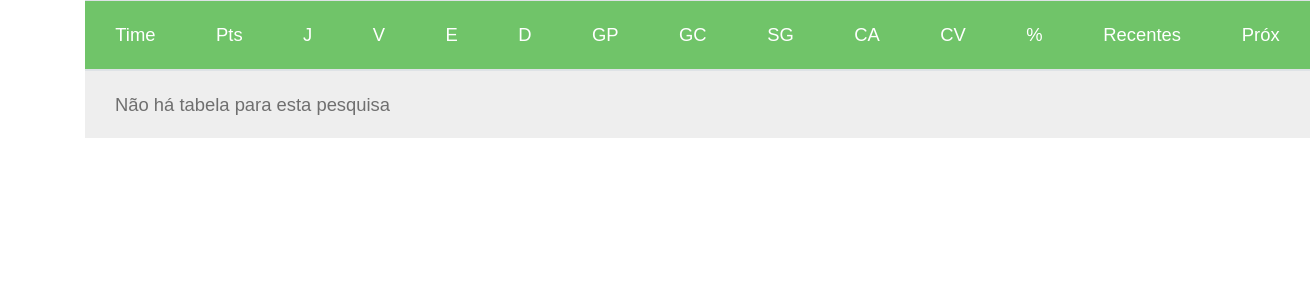
Repository: danielvieira7/campeonato-brasileiro-embed
Page: index.html
These files come from the project's save history. The page is drawn as it stood at one moment and after the next save; the edit follows.
The browser window is 1280 px wide. The page is 1310 px wide, then 1289 px, then 1310 px, so the pictures cover 1310 px, including what lies to the right of the window. The pictures show the whole page.
The page's requests for data from a server got no answer. Some web libraries are served in a nearby version.

Above is the page before, as saved 2021-02-12 00:26:35.

### index.html
<!doctype html>
<html lang="en">
<head>
    <title>Tabela do Campeonato Brasileiro</title>
    <!-- Required meta tags -->
    <meta charset="utf-8">
    <meta name="viewport" content="width=device-width, initial-scale=1, shrink-to-fit=no">

    <!-- Bootstrap CSS -->
    <link rel="stylesheet" href="https://stackpath.bootstrapcdn.com/bootstrap/4.3.1/css/bootstrap.min.css" integrity="sha384-ggOyR0iXCbMQv3Xipma34MD+dH/1fQ784/j6cY/iJTQUOhcWr7x9JvoRxT2MZw1T" crossorigin="anonymous">
    <!-- <link rel="stylesheet" href="//cdn.datatables.net/1.10.23/css/jquery.dataTables.min.css"> -->
    <link rel="stylesheet" href="style-light-green.css">
</head>
<body>

    <div class="container">
        <table class="table" id="tabela-campeonato-brasileiro">
            <thead>
                <tr>
                    <th>Time</th>
                    <th>Pts</th>
                    <th>J</th>
                    <th>V</th>
                    <th>E</th>
                    <th>D</th>
                    <th>GP</th>
                    <th>GC</th>
                    <th>SG</th>
                    <th>CA</th>
                    <th>CV</th>
                    <th>%</th>
                    <th>Recentes</th>
                    <th>Próx</th>
                </tr>
            </thead>
            <tbody>
                <tr>
                    <td scope="row"></td>
                    <td></td>
                    <td></td>
                    <td></td>
                    <td></td>
                    <td></td>
                    <td></td>
                    <td></td>
                    <td></td>
                    <td></td>
                    <td></td>
                    <td></td>
                    <td></td>
                    <td></td>
                </tr>
            </tbody>
        </table>
    </div>

    <!-- Optional JavaScript -->
    <!-- jQuery first, then Popper.js, then Bootstrap JS -->
    <script src='https://cdnjs.cloudflare.com/ajax/libs/jquery/3.5.1/jquery.min.js' integrity='sha512-bLT0Qm9VnAYZDflyKcBaQ2gg0hSYNQrJ8RilYldYQ1FxQYoCLtUjuuRuZo+fjqhx/qtq/1itJ0C2ejDxltZVFg==' crossorigin='anonymous'></script>

    <script src="https://cdnjs.cloudflare.com/ajax/libs/popper.js/1.14.7/umd/popper.min.js" integrity="sha384-UO2eT0CpHqdSJQ6hJty5KVphtPhzWj9WO1clHTMGa3JDZwrnQq4sF86dIHNDz0W1" crossorigin="anonymous"></script>
    <script src="https://stackpath.bootstrapcdn.com/bootstrap/4.3.1/js/bootstrap.min.js" integrity="sha384-JjSmVgyd0p3pXB1rRibZUAYoIIy6OrQ6VrjIEaFf/nJGzIxFDsf4x0xIM+B07jRM" crossorigin="anonymous"></script>
    <script src="//cdn.datatables.net/1.10.23/js/jquery.dataTables.min.js"></script>
    <script src="app.js"></script>
</body>
</html>

### style-light-green.css
/* CSS by: https://codepen.io/njessen/pen/naLCv */
.table {
    font-family: sans-serif;
    -webkit-font-smoothing: antialiased;
    font-size: 115%;
}
.table th {
    background-color: #70c469;
    color: white;
    font-weight: normal;
    padding: 20px 30px;
    text-align: center;
}
.table td {
    background-color: #eeeeee;
    color: #6f6f6f;
    padding: 20px 30px;
}

### app.js
var tabelaCampeonatoBrasileiro

$(function () {


    var options = {
        "searching": false,
        "paging": false,
        "info": false,
        "ajax": "https://danielvieira7.github.io/campeonato-brasileiro-json-api/campeonato-brasileiro.json",
        // "ajax": "json.json",
        "dom": '<"top"if>rt<"bottom"><"clear">',
        "language": { "emptyTable": "Não há tabela para esta pesquisa",
            "sInfo": "Exibindo um total de _TOTAL_ times.",
            "sInfoEmpty": "",
            "search": "Pesquisar: ",
            "infoFiltered": "",
            "sZeroRecords": "Não há tabela para esta pesquisa",},
        columns: [
            {"data": "nome"},
            {"data": "pontos"},
            {"data": "jogos"},
            {"data": "vitorias"},
            {"data": "empates"},
            {"data": "derrotas"},
            {"data": "gols_pro"},
            {"data": "gols_contra"},
            {"data": "saldo_gols"},
            {"data": "cartoes_amarelo"},
            {"data": "cartoes_vermelhos"},
            {"data": "aproveitamento"},
            {"data": "recentes"},
            {"data": "proximo_adversario"},
        ],
        columnDefs:[
            { "targets": 0, "width": "5%", "className": "dt-center"},
            { "targets": 1, "width": "5%", "className": "dt-center"},
            { "targets": 2, "width": "5%", "className": "dt-center"},
            { "targets": 3, "width": "5%", "className": "dt-center"},
            { "targets": 4, "width": "5%", "className": "dt-center"},
            { "targets": 5, "width": "5%", "className": "dt-center"},
            { "targets": 6, "width": "5%", "className": "dt-center"},
            { "targets": 7, "width": "5%", "className": "dt-center"},
            { "targets": 8, "width": "5%", "className": "dt-center"},
            { "targets": 9, "width": "5%", "className": "dt-center"},
            { "targets": 10, "width": "5%", "className": "dt-center"},
            { "targets": 11, "width": "5%", "className": "dt-center"},
            { "targets": 12, "width": "5%", "className": "dt-center"},
            { "targets": 13, "width": "5%", "className": "dt-center"},
        ],
        "order": [[ 1, "desc" ]],
        "pageLength": 25
    }

    tabelaCampeonatoBrasileiro = $("#tabela-campeonato-brasileiro").DataTable(options)

})

After the next save:
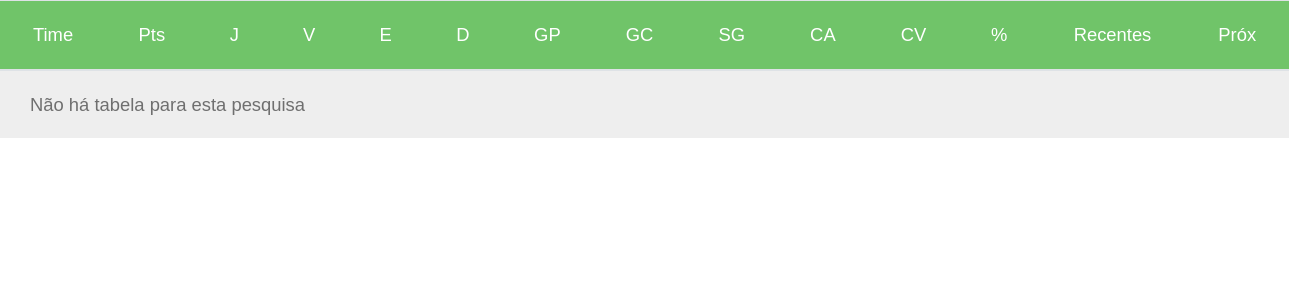
Saved 2 min 21 s later.
--- a/index.html
+++ b/index.html
@@ -13,7 +13,7 @@
 </head>
 <body>
 
-    <div class="container">
+    <div class="main">
         <table class="table" id="tabela-campeonato-brasileiro">
             <thead>
                 <tr>

After the save that followed:
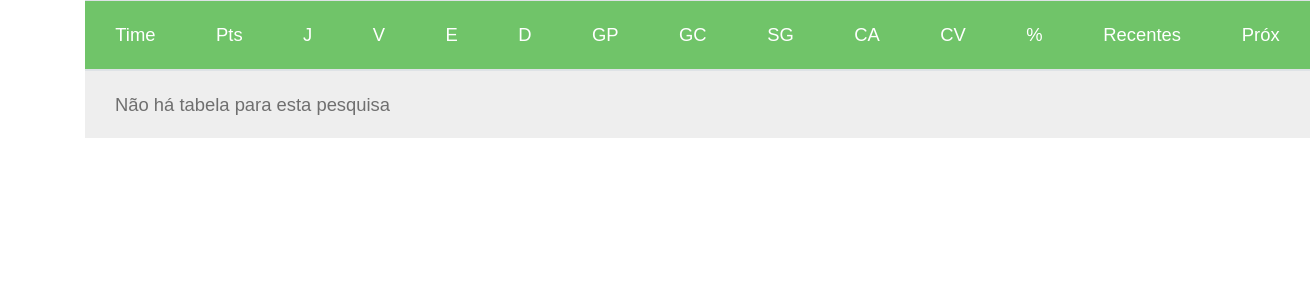
Saved 11 s later.
--- a/index.html
+++ b/index.html
@@ -13,7 +13,7 @@
 </head>
 <body>
 
-    <div class="main">
+    <div class="container">
         <table class="table" id="tabela-campeonato-brasileiro">
             <thead>
                 <tr>
